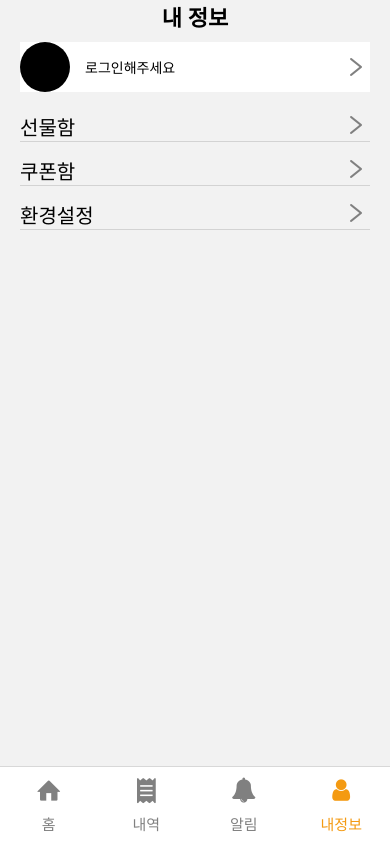
Repository: Unique0902/GachiDutch
Screen: /User
These files come from the project's save history. The screen is drawn as it stood at one moment and after the next save; the edit follows.
The app was drawn by React Native's web renderer in a window 390 px wide. The project was rebuilt for these pictures with package versions that can differ from the ones it lists, and the page was loaded fresh each time. Some packages were replaced by stand-ins written for this rebuild. Also part of the build but not shown: sources/components/lowBar/lowBar.jsx, sources/components/taxi/taxi.jsx, sources/components/alarm/alert.js, sources/components/alarm/alarm.jsx, sources/components/dutch_history/dutch_history.jsx, sources/components/dutchpay_historys/dutchpay_historys.jsx, sources/components/delivery_historys/delivery_historys.jsx, sources/components/taxi_historys/taxi_historys.jsx and 3 more.

Above is the screen before, as saved 2022-11-11 16:52:55.

After the next save:
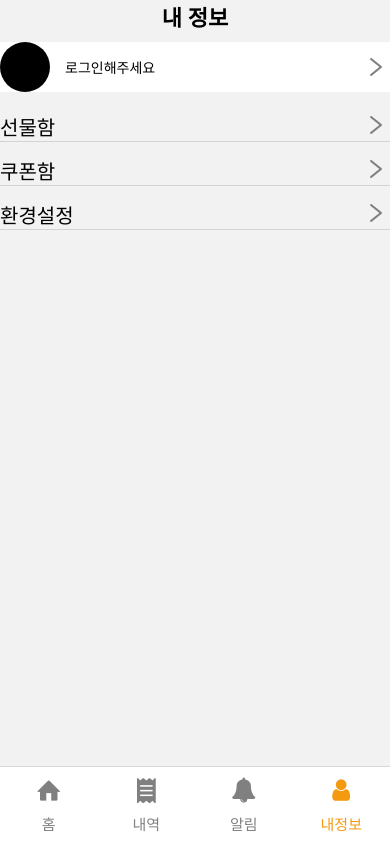
Saved 20 s later.
--- a/sources/components/user/user.jsx
+++ b/sources/components/user/user.jsx
@@ -115,7 +115,6 @@ export default function User({
 const styles = StyleSheet.create({
   container: {
     flex: 1,
-    paddingHorizontal: 20,
   },
   header: {
     fontSize: 22,
